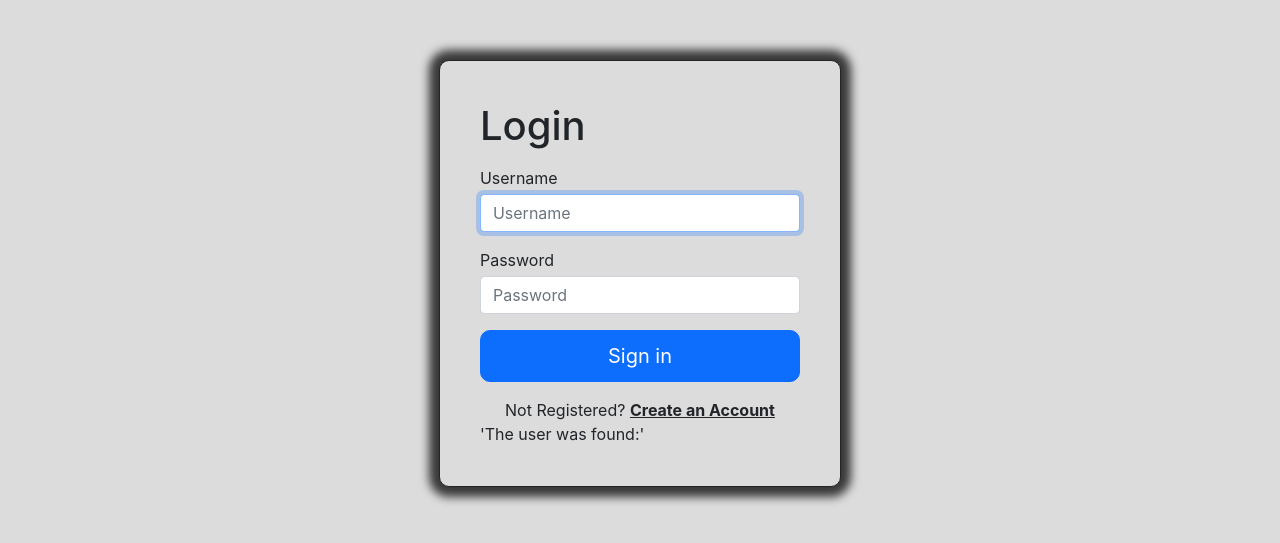
Repository: Rittaki/web-client
Page: /
An editor plug-in stored every save of this project. The page is shown before and after a run of saves, followed by the edit.
The browser window is 1280 px wide. The pictures show the whole page.
The project was rebuilt for these pictures with package versions that can differ from the ones it lists, and the page was loaded fresh each time. Also part of the build but not shown: src/App.css, src/components/Signup.js.

Above is the page before, as saved 2022-04-05 00:16:12.

After the next 3 saves:
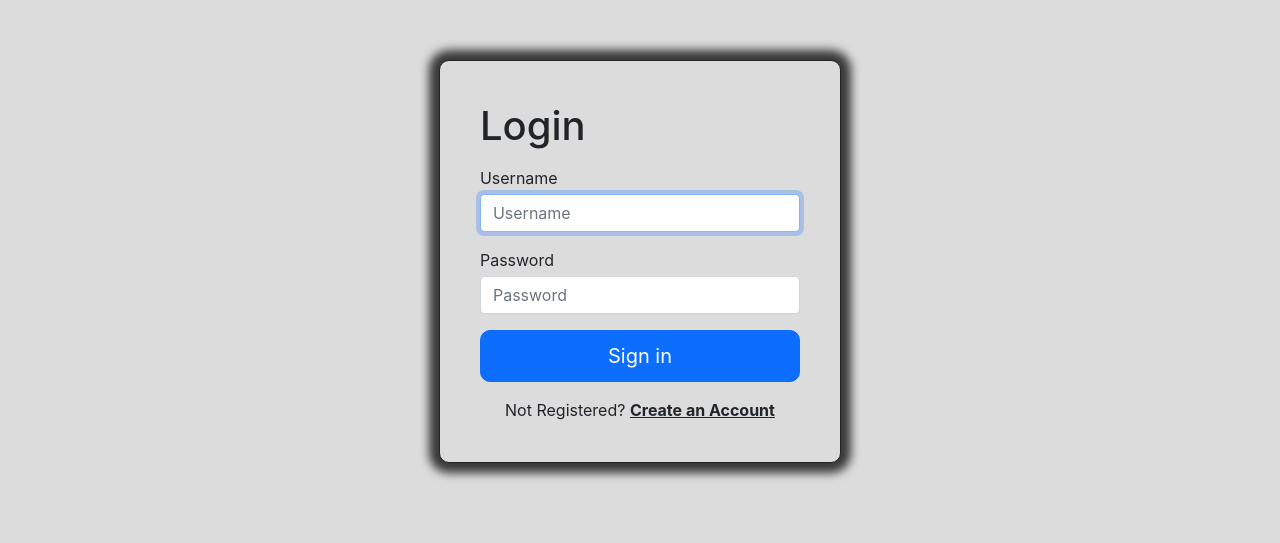
The 3 saves are shown as one change because 2 did not build or start.
The last was saved 2 min 3 s later.
--- a/src/components/Users.jsx
+++ b/src/components/Users.jsx
@@ -24,8 +24,6 @@ export default function Users(props) {
     }
   return (
     <div>
-        {checkDatabase()}
-        'The user was found:'{isFound}
     </div>
   )
 }
